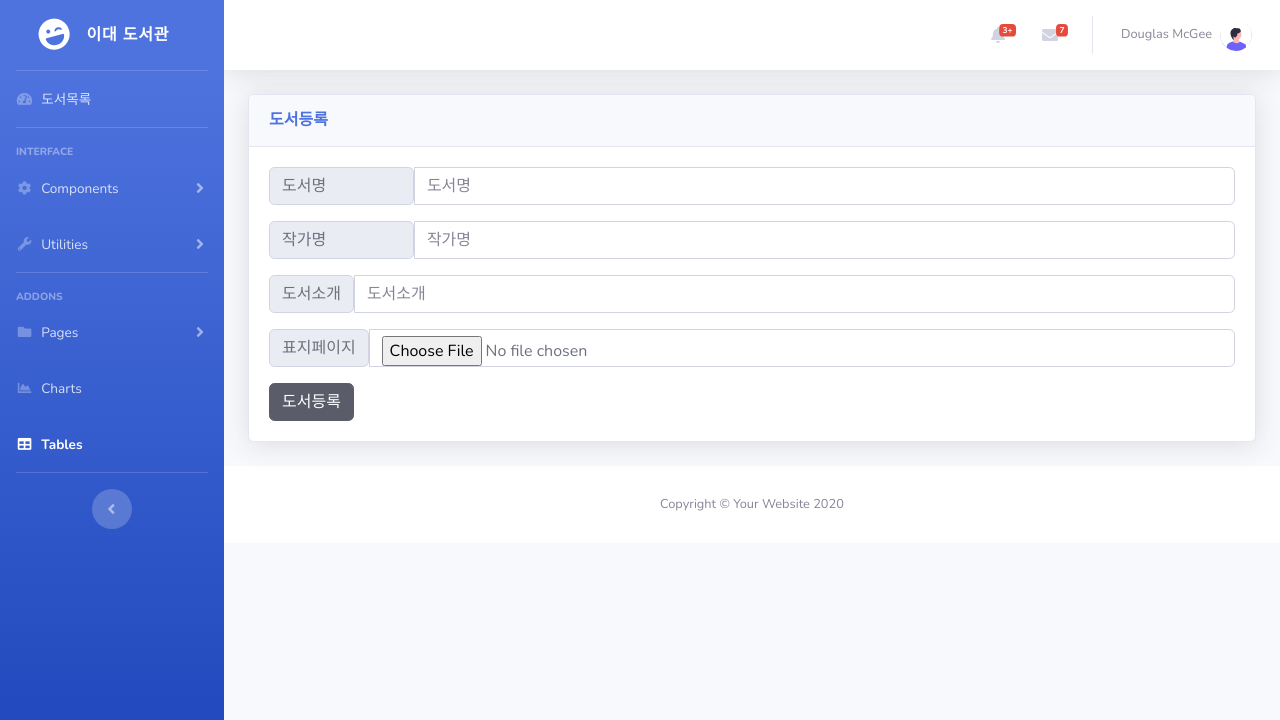
Repository: allely/spring
Page: http://localhost/jsp/book/reg.jsp
The author's editor kept a copy of each file at every save. The page is drawn from the files as they stood at one save, then again after the next save.
The browser window is 1280 px wide. The pictures show the whole page.
The page is served by Tomcat 9.

Above is the page before, as saved 2023-11-27 02:16:08.

After the next save:
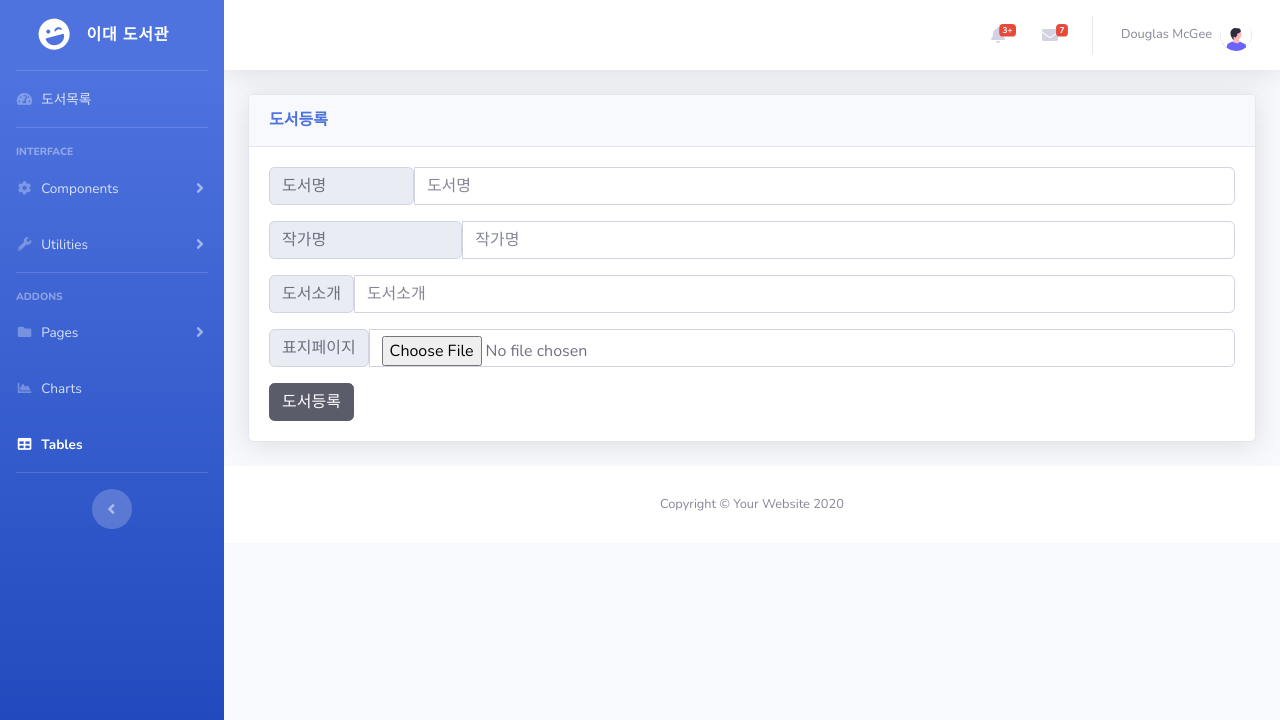
Saved 37 s later.
--- a/2. 서블릿 & JSP/jsp/jsp/src/main/webapp/book/reg.jsp
+++ b/2. 서블릿 & JSP/jsp/jsp/src/main/webapp/book/reg.jsp
@@ -7,7 +7,7 @@
 <title>Insert title here</title>
 <style>
 	.w-15{width: 15%}
-	.w-20{width: 15%}
+	.w-20{width: 20%}
 </style>
 </head>
 <body>
